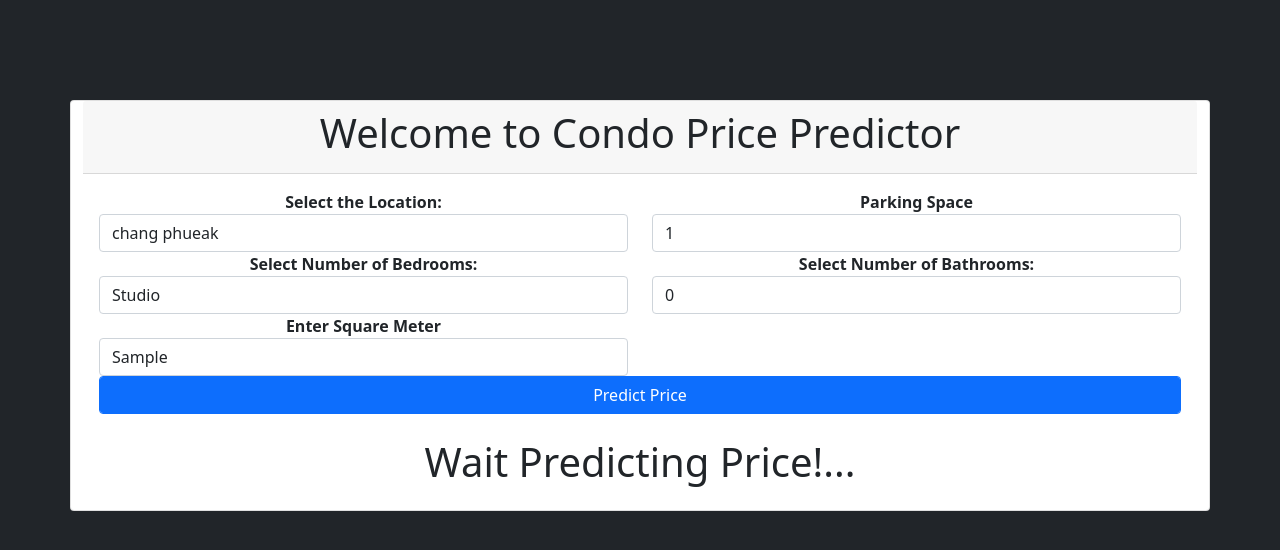
Repository: myothida/condoprice_CNX
Page: http://localhost/
The author's editor kept a copy of each file at every save. The page is drawn from the files as they stood at one save, then again after the next save.
The browser window is 1280 px wide. The pictures show the whole page.
Empty fields were first filled with sample values (such as "Sample", 5 or name@example.com).
After loading, the first visible `button.btn` was clicked once.
The page is served by the project's application, run on Flask 3 (main.py).

Above is the page before, as saved 2023-09-26 22:46:54.
Console error: TypeError: xhr.onload is not a function

### templates/index.html
<!DOCTYPE html>
<html lang="en">
  <head>
    <!-- Required meta tags -->
    <meta charset="utf-8" />
    <meta name="viewport" content="width=device-width, initial-scale=1" />

    <!-- Bootstrap CSS -->
    <link
      href="https://cdn.jsdelivr.net/npm/bootstrap@5.0.2/dist/css/bootstrap.min.css"
      rel="stylesheet"
      integrity="sha384-EVSTQN3/azprG1Anm3QDgpJLIm9Nao0Yz1ztcQTwFspd3yD65VohhpuuCOmLASjC"
      crossorigin="anonymous"
    />

    <title>Condo Price Predictor</title>
  </head>
  <body class="bg-dark">
    <div class="container">
      <div class="row">
        <div class="card" style="width: 100%; height: 100%; margin-top: 100px">
          <div class="card-header" style="text-align: center">
            <h1>Welcome to Condo Price Predictor</h1>
          </div>
          <div class="card-body">
            <form method="post" accept-charset="utf-8">
              <div class="row">
                <div class="col-md-6 form-group" style="text-align: center">
                  <label><b> Select the Location: </b> </label>
                  <select
                    class="selectpicker form-control"
                    id="location"
                    name="location"
                    require="1"
                  >
                    {% for location in locations %}
                    <option value="{{ location }}">{{ location }}</option>
                    {% endfor %}
                  </select>
                </div>

                <div class="col-md-6 form-group" style="text-align: center">
                  <label><b> Parking Space </b> </label>
                  <select
                    class="selectpicker form-control"
                    id="parking"
                    name="parking"
                    require="1"
                  >
                    <option>1</option>
                    <option>2</option>
                    <option>3</option>
                  </select>
                </div>
                <div class="col-md-6 form-group" style="text-align: center">
                  <label><b> Select Number of Bedrooms: </b> </label>
                  <select
                    class="selectpicker form-control"
                    id="bedrooms"
                    name="bedrooms"
                  >
                    <option>Studio</option>
                    <option>1</option>
                    <option>2</option>
                    <option>3</option>
                  </select>
                </div>
                <div class="col-md-6 form-group" style="text-align: center">
                  <label><b> Select Number of Bathrooms: </b> </label>
                  <select
                    class="selectpicker form-control"
                    id="bathrooms"
                    name="bathrooms"
                  >
                    <option>0</option>
                    <option>1</option>
                    <option>2</option>
                    <option>3</option>
                  </select>
                </div>
                <div class="col-md-6 form-group" style="text-align: center">
                  <label><b> Enter Square Meter </b> </label>
                  <input
                    type="text"
                    class="form-control"
                    id="sqm"
                    name="sqm"
                    placeholder="Enter Square Meter"
                  />
                </div>
                <div class="col-md-12 form-group">
                  <button
                    class="btn btn-primary form-control"
                    onclick="send_data()"
                  >
                    Predict Price
                  </button>
                </div>
              </div>
            </form>
            <br />

            <div class="col-md-12" style="text-align: center">
              <h1><span id="prediction"></span></h1>
            </div>
          </div>
        </div>
      </div>
    </div>

    <script>
      function form_handler(event) {
        event.preventDefault(); // Don't Submit the Form Normally
      }

      function send_data() {
        document.querySelector("form").addEventListener("submit", form_handler);

        var fd = new FormData(document.querySelector("form"));

        var xhr = new XMLHttpRequest();

        xhr.open("POST", "/predict", true);
        document.getElementById("prediction").innerHTML =
          "Wait Predicting Price!...";
        xhr.onreadystatechange = function () {
          if (xhr.readyState == XMLHttpRequest.DONE) {
            document.getElementById("prediction").innerHTML =
              "Prediction:  ฿" + xhr.responseText;
          }
        };
        xhr.onload() = function(){

        }

        xhr.send(fd);
      }
    </script>

    <!-- Option 2: Separate Popper and Bootstrap JS -->

    <script
      src="https://cdn.jsdelivr.net/npm/@popperjs/core@2.9.2/dist/umd/popper.min.js"
      integrity="sha384-IQsoLXl5PILFhosVNubq5LC7Qb9DXgDA9i+tQ8Zj3iwWAwPtgFTxbJ8NT4GN1R8p"
      crossorigin="anonymous"
    ></script>
    <script
      src="https://cdn.jsdelivr.net/npm/bootstrap@5.0.2/dist/js/bootstrap.min.js"
      integrity="sha384-cVKIPhGWiC2Al4u+LWgxfKTRIcfu0JTxR+EQDz/bgldoEyl4H0zUF0QKbrJ0EcQF"
      crossorigin="anonymous"
    ></script>
  </body>
</html>

### main.py
from flask import Flask, render_template, request
import pandas as pd

app = Flask(__name__)
data = pd.read_csv('Data_midterm.csv')


@app.route('/')
def index():


    locations = sorted(data['location'].unique())
    return render_template('index.html' ,locations=locations)


@app.route('/predict' , methods=['POST'])
def predict():
    return ""


if __name__ == "__main__":
    app.run(debug=True, port=5001)

### Data_midterm.csv
bedroom,bathroom,parking, area,price,location
0,0,1,33,2100000,muang
1,1,1,30,1650000,chang phueak
1,1,2,30,1490000,suthep
1,1,2,37,1690000,nimman
1,1,1,30,1449000,faham
1,1,1,30,630000,chang phueak
1,1,2,30,2200000,nimman
1,1,1,30,650000,faham
1,1,1,30,888000,muang
1,1,1,30,2200000,nimman
1,1,1,30,890000,faham
1,1,1,30,1290000,faham
2,1,2,30,1350000,suthep
1,1,1,30,1350000,faham
1,1,2,30,1350000,chang phueak
1,1,2,30,1950000,chang phueak
1,1,2,30,1990000,suthep
1,1,2,30,2200000,faham
1,1,2,30,2200000,nimman
1,1,2,30,2300000,faham
1,1,2,30,730000,faham
1,1,2,30,1950000,muang
1,1,2,30,1990000,faham
1,1,2,30,2200000,nimman
1,1,2,30,2200000,faham
1,1,2,31,2300000,faham
2,1,2,31,740000,faham
1,1,2,31,1950000,chang phueak
1,1,2,31,2200000,faham
1,1,2,31,2200000,suthep
1,1,2,31,2300000,faham
1,1,2,31,2100000,nimman
1,1,2,31,1890000,faham
1,1,2,31,2390000,suthep
1,1,2,31,1490000,chang phueak
1,1,2,31,1100000,chang phueak
1,1,2,31,999000,muang
1,1,2,31,1690000,faham
1,1,2,29,650000,suthep
0,0,2,30,690000,muang
1,1,2,32,3350000,suthep
1,1,2,32,2480000,faham
1,1,2,37,2700000,nimman
1,1,2,30,2000000,faham
1,1,3,40,3590000,chang phueak
1,1,2,32,2400000,faham
1,1,2,30,2000000,faham
1,1,2,28,2450000,nimman
1,1,2,28,2000000,muang
1,1,2,31,2400000,chang phueak
1,1,2,32,2950000,faham
1,1,2,30,1490000,suthep
1,1,2,32,1000000,faham
1,1,2,37,2750000,faham
0,0,2,28,1200000,suthep
0,0,2,29,1800000,suthep
0,0,1,30,2000000,suthep
0,0,2,29,1600000,nimman
0,0,1,32,2400000,suthep
0,0,1,30,1400000,chang phueak
0,0,1,33,1700000,muang
0,0,1,28,2500000,nimman
0,0,2,30,2300000,faham
0,0,3,38,2590000,muang
0,0,2,30,660000,muang
1,1,2,37,2850000,faham
0,0,2,36,2700000,nimman
1,1,2,36,1790000,suthep
1,1,2,36,2800000,suthep
1,1,2,38,2190000,muang
0,0,1,29,1500000,muang
1,1,2,35,2800000,suthep
1,1,2,35,2450000,suthep
1,1,1,32,2800000,nimman
1,1,1,33,2650000,nimman
1,1,1,30,1500000,chang phueak
1,1,1,30,1450000,muang
1,1,1,30,2100000,faham
1,1,1,38,2600000,muang
1,1,1,29,2300000,suthep
0,0,1,33,1700000,nimman
1,1,2,37,3000000,muang
2,1,2,35,889000,chang phueak
2,1,2,37,990000,chang phueak
1,1,1,33,880000,muang
1,1,1,29,890000,nimman
1,1,1,30,898000,nimman
1,1,1,32,1290000,muang
1,1,1,32,1200000,muang
1,1,1,46,2450000,chang phueak
1,1,2,43,3500000,suthep
1,1,3,44,3750000,suthep
0,0,1,33,2200000,nimman
1,1,2,40,1990000,suthep
2,1,2,50,3800000,suthep
1,1,2,32,1500000,muang
0,0,2,30,1390000,chang phueak
2,2,3,51,4700000,suthep
2,1,2,50,5000000,suthep
2,2,2,50,2700000,nimman
2,1,2,47,4800000,suthep
2,1,3,53,3950000,muang
2,1,2,50,3790000,muang
1,1,2,38,2490000,nimman
1,1,2,36,2890000,faham
2,1,2,53,4500000,suthep
2,2,3,51,4700000,chang phueak
1,1,2,46,2350000,muang
1,1,2,43,3900000,faham
1,1,2,46,4350000,suthep
1,1,2,54,3200000,faham
1,1,2,32,2900000,faham
1,1,2,30,1500000,suthep
1,1,2,46,4600000,suthep
1,1,2,46,2650000,nimman
1,1,2,32,1000000,nimman
1,1,2,37,2750000,faham
1,1,2,42,2850000,muang
1,1,2,36,1650000,chang phueak
1,1,2,36,2750000,chang phueak
2,2,2,50,2800000,faham
2,1,2,47,4800000,suthep
1,1,2,46,4200000,chang phueak
1,1,1,30,2100000,muang
1,1,2,36,2600000,suthep
1,1,2,46,3000000,nimman
0,0,1,30,2000000,suthep
1,1,2,38,1490000,muang
0,0,1,30,1000000,muang
1,1,2,40,2000000,chang phueak
1,1,2,30,2300000,faham
1,1,1,30,730000,nimman
1,1,1,30,1950000,muang
1,1,2,30,1990000,nimman
1,1,2,30,2200000,faham
1,1,2,30,2200000,nimman
1,1,2,31,2300000,nimman
2,1,2,31,740000,faham
1,1,2,31,1950000,chang phueak
1,1,2,31,2200000,faham
1,1,2,31,2200000,suthep
1,1,1,31,2300000,faham
1,1,1,31,2100000,faham
1,1,2,31,1890000,faham
1,1,1,31,2390000,suthep
1,1,1,31,1490000,chang phueak
1,1,1,31,1100000,chang phueak
1,1,1,31,999000,muang
1,1,1,31,1690000,faham
1,1,2,29,650000,suthep
0,0,2,30,690000,muang
1,1,2,32,3350000,suthep
1,1,2,32,2480000,faham
1,1,2,37,2700000,faham
1,1,2,30,2000000,faham
1,1,3,40,3590000,chang phueak
1,1,2,32,2400000,faham
1,1,2,30,2000000,faham
1,1,2,28,2450000,faham
1,1,2,28,2000000,muang
1,1,2,31,2400000,chang phueak
1,1,1,32,2950000,faham
1,1,2,30,1490000,suthep
1,1,2,32,1000000,faham
1,1,2,37,2750000,faham
0,0,2,28,1200000,suthep
0,0,2,29,1800000,suthep
0,0,2,30,2000000,suthep
0,0,2,29,1600000,muang
0,0,2,32,2400000,suthep
0,0,2,30,1400000,chang phueak
0,0,2,33,1700000,muang
0,0,2,28,2500000,nimman
0,0,2,30,2300000,faham
0,0,2,38,2590000,muang
0,0,2,30,660000,muang
1,1,2,37,2850000,nimman
0,0,2,36,2700000,muang
1,1,2,36,1790000,suthep
1,1,2,36,2800000,suthep
1,1,2,38,2190000,muang
0,0,2,29,1500000,muang
1,1,2,35,2800000,suthep
1,1,2,35,2450000,suthep
1,1,2,32,2800000,faham
1,1,2,33,2650000,faham
1,1,2,30,1500000,chang phueak
1,1,2,30,1450000,muang
1,1,2,30,2100000,faham
1,1,2,38,2600000,muang
1,1,2,29,2300000,suthep
0,0,2,33,1700000,muang
1,1,2,37,3000000,muang
2,1,2,35,889000,chang phueak
2,1,2,37,990000,chang phueak
1,1,2,33,880000,muang
1,1,2,29,890000,muang
1,1,2,30,898000,muang
1,1,2,32,1290000,muang
1,1,2,32,1200000,muang
1,1,3,46,2450000,chang phueak
1,1,3,43,3500000,suthep
1,1,3,44,3750000,suthep
0,0,2,33,2200000,muang
1,1,2,40,1990000,suthep
2,1,2,50,3800000,suthep
1,1,2,32,1500000,muang
0,0,2,30,1390000,chang phueak
2,2,3,51,4700000,suthep
2,1,2,50,5000000,suthep
2,2,2,50,2700000,faham
2,1,2,47,4800000,suthep
2,1,3,53,3950000,muang
2,1,3,50,3790000,muang
1,1,2,38,2490000,faham
1,1,2,36,2890000,faham
2,1,2,53,4500000,suthep
2,2,2,51,4700000,chang phueak
1,1,2,46,2350000,muang
1,1,2,43,3900000,faham
1,1,2,46,4350000,suthep
1,1,3,54,3200000,faham
1,1,2,32,2900000,faham
1,1,2,30,1500000,suthep
1,1,2,46,4600000,suthep
1,1,2,46,2650000,muang
1,1,2,32,1000000,faham
1,1,2,37,2750000,faham
1,1,2,42,2850000,muang
1,1,2,36,1650000,chang phueak
1,1,2,36,2750000,chang phueak
2,2,3,50,2800000,faham
2,1,3,47,4800000,suthep
1,1,2,46,4200000,chang phueak
1,1,2,37,2800000,suthep
1,1,2,37,2750000,faham
1,1,2,28,1600000,suthep
1,1,2,29,1800000,suthep
1,1,2,30,2000000,suthep
1,1,2,29,1600000,muang
1,1,2,32,2400000,suthep
1,1,2,30,1400000,chang phueak
1,1,2,33,1700000,muang
1,1,2,28,2500000,muang
1,1,2,30,2300000,nimman
1,1,2,38,2590000,nimman
1,1,2,30,700000,muang
1,1,2,37,2850000,faham
1,1,2,36,2700000,muang
1,1,2,36,1790000,suthep
1,1,2,36,2800000,suthep
1,1,2,38,2190000,muang
0,0,2,29,1500000,muang
1,1,2,35,2800000,suthep
1,1,2,35,2450000,suthep
1,1,2,32,2800000,nimman
1,1,2,33,2650000,faham
1,1,2,30,1500000,chang phueak
1,1,2,30,1450000,muang
1,1,2,30,2100000,nimman
1,1,2,38,2600000,muang
1,1,2,29,2300000,suthep
0,0,1,33,1700000,muang
1,1,2,37,2700000,muang
2,1,2,35,889000,chang phueak
2,1,2,37,990000,chang phueak
1,1,1,33,880000,muang
1,1,1,29,890000,muang
1,1,1,30,898000,nimman
1,1,2,32,1290000,nimman
1,1,2,32,1200000,muang
1,1,2,46,2450000,chang phueak
1,1,2,43,3500000,suthep
1,1,2,44,3750000,suthep
0,0,2,33,2200000,muang
1,1,2,40,1990000,suthep
1,1,1,29,890000,muang
1,1,2,30,898000,nimman
1,1,2,32,1290000,nimman
1,1,2,32,1500000,nimman
1,1,2,46,2550000,chang phueak
1,1,2,43,3500000,suthep
1,1,2,44,3650000,suthep
0,0,2,33,2500000,nimman
1,1,2,40,2990000,suthep

After the next save:
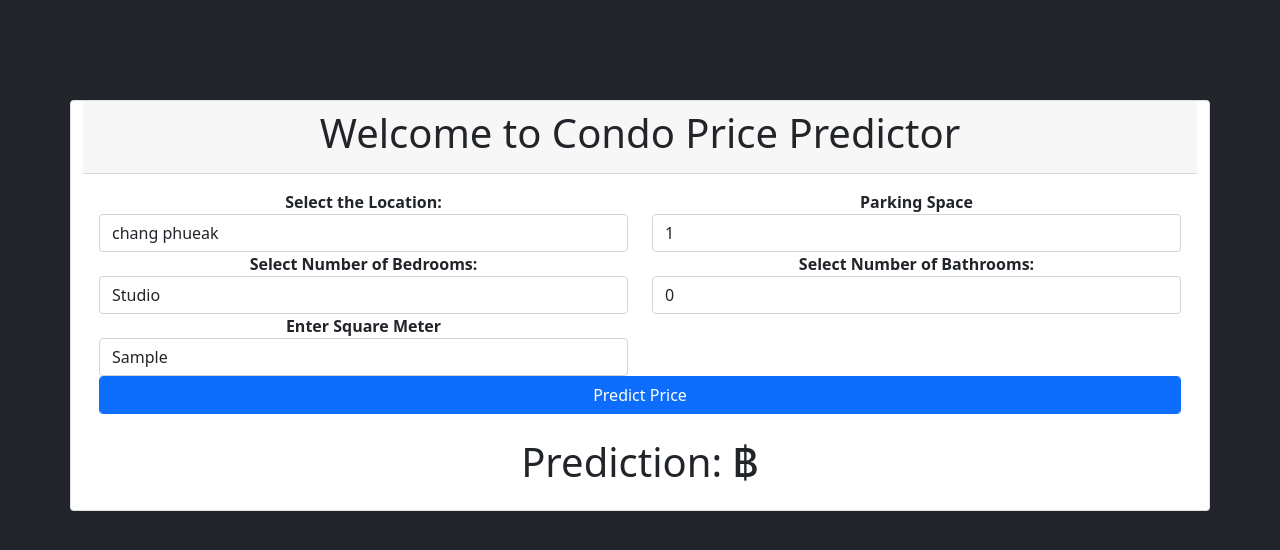
The error is gone.
Saved 19 s later.
--- a/templates/index.html
+++ b/templates/index.html
@@ -129,9 +129,11 @@
               "Prediction:  ฿" + xhr.responseText;
           }
         };
-        xhr.onload() = function(){
 
-        }
+        // Assign the function to xhr.onload without invoking it
+        xhr.onload = function () {
+          // Code to execute when the request has completed successfully
+        };
 
         xhr.send(fd);
       }
